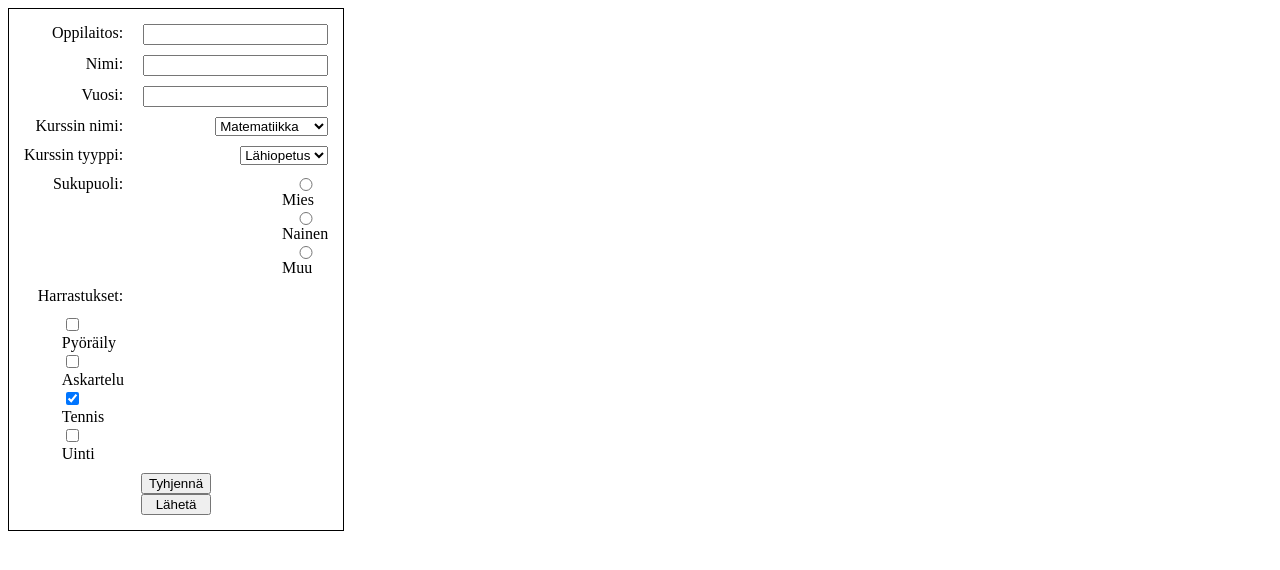
Repository: Niina-Maria/tehtavat-12-17-Niina-Maria2
Page: teht16.html
An editor plug-in stored every save of this project. The page is shown before and after the next save, followed by the edit.
The browser window is 1280 px wide. The pictures show the whole page.

Above is the page before, as saved 2024-11-20 13:38:52.

### teht16.html
<!DOCTYPE html>
<html>
    <head>
        <link rel="stylesheet" href="teht16.css">
    </head>
    <body>
        <div class="grid-container">
            <div class="taulukko">
                <div class="a a1">Oppilaitos:</div>
                <div class="a a2"><input type="text" id="school" name="school"></div>
                <div class="a a3">Nimi:</div>
                <div class="a a4"><input type="text" id="name" name="name"></div>
                <div class="a a5">Vuosi:</div>
                <div class="a a6"><input type="password" id="year" name="year"></div>
                <div class="a a7">Kurssin nimi:</div>
                <div class="a a8">
                    <select class="course" name="course" size="1">
                    <option value="matematiikka">Matematiikka</option>
                    <option value="fysiikka">Fysiikka</option>
                    <option value="kemia">Kemia</option>
                    <option value="tietorakenteet">Tietorakenteet</option>
                    <option value="webohjelmointi">Webohjelmointi</option>
                    </select>
                </div>
                <div class="a a9">Kurssin tyyppi:</div>
                <div class="a a10">
                    <select class="type" name="type" size="1">
                        <option value="lähiopetus">Lähiopetus</option>
                        <option value="etäopetus">Etäopetus</option>
                        <option value="hybridi">Hybridi</option>
                        <option value="monimuoto">Monimuoto</option>
                        <option value="avoinamk">AvoinAMK</option>
                    </select>
                </div>
                <div class="a a11">Sukupuoli:</div>
                <div class="a a12">
                    <input type="radio" id="male" name="gender" value="male">
                    <label class="sukup"for="male">Mies</label>
                    <input type="radio" id="female" name="gender" value="female">
                    <label class="sukup"for="female">Nainen</label>
                    <input type="radio" id="other" name="gender" value="other">
                    <label class="sukup"for="other">Muu</label>
                </div>
                <div class="a a13">Harrastukset:</div>
                <div class="a a14" >
                    <input type="checkbox" id="hobbiesbike" name="hobbiesbike">
                        <label for="hobbiesbike"> Pyöräily</label>
                        <input type="checkbox" id="hobbiesaskartelu" name="hobbiesaskartelu">
                        <label for="hobbiesaskartelu"> Askartelu</label>
                        <input type="checkbox" id="hobbiestennis" name="hobbiestennis" checked="checked">
                        <label for="hobbiestennis"> Tennis</label>
                        <input type="checkbox" id="hobbiesuinti" name="hobbiesuinti">
                        <label for="hobbiesuinti"> Uinti</label>
                </div>
                <div class="a a15">
                    <input type="reset" id="napit" value="Tyhjennä">
                    <input type="submit"id="napit2" value="Lähetä">
                </div>

            </div>
        </div>
    </body>

### teht16.css
.grid-container {
    display: grid;
    justify-content: center;
    border: 1px solid black;
    width: fit-content;
    grid-column: 1 /span 2;
}


.taulukko {
    display: grid;
    grid-template-columns: 2;
    width: fit-content;
    margin: 5px;
    padding: 5px;
    border-radius: 1px solid black;
}

.taulukko div {
    display: grid;
    grid-column: span 2;
    padding: 5px;
    justify-content: right;
    border-radius: 1 px solid black;

}

.taulukko .a1 {
    grid-column: span 1;
    border: 1 px solid black;
    justify-content: right;
}

.taulukko .a2 {
    grid-column: span 1;
    justify-content: right;
    margin-left: 10px;
    border: 1 px solid black;
}

.taulukko .a3 {
    grid-column: span 1;
    border: 1 px solid black;
}

.taulukko .a4 {
    grid-column: span 1;
    justify-content: right;
    margin-left: 10px;
    border: 1 px solid black;
}


.taulukko .a5 {
    grid-column: span 1;
    border: 1 px solid black;
    justify-content: right;
}

.taulukko .a6 {
    grid-column: span 1;
    justify-content: right;
    margin-left: 10px;
    border: 1 px solid black;
}

.taulukko .a7 {
    grid-column: span 1;
    border: 1 px solid black;
    justify-content: right;
}

.taulukko .a8 {
    grid-column: span 1;
    justify-content: right;
    margin-left: 10px;
    border: 1 px solid black;
}

.taulukko .a9 {
    grid-column: span 1;
    border: 1 px solid black;
    justify-content: right;
}

.taulukko .a10 {
    grid-column: span 1;
    justify-content: right;
    margin-left: 10px;
    border: 1 px solid black;
}

.taulukko .a11 {
    grid-column: span 1;
    border: 1 px solid black;
    justify-content: right;
}

.taulukko .a12 {
    grid-column: span 1;
    justify-content: right;
    border: 1 px solid black;
}

.taulukko .a13 {
    grid-column: span 1;
    border: 1 px solid black;
}

.taulukko .a14 {
    grid-column: span 2;
    width: 100px;
    justify-items: left;
    border: 1 px solid black;
}

.taulukko .a15 {
    grid-column: span 2;
    line-height: 40px;
    justify-content: center;
    border: 1 px solid black;
}

After the next save:
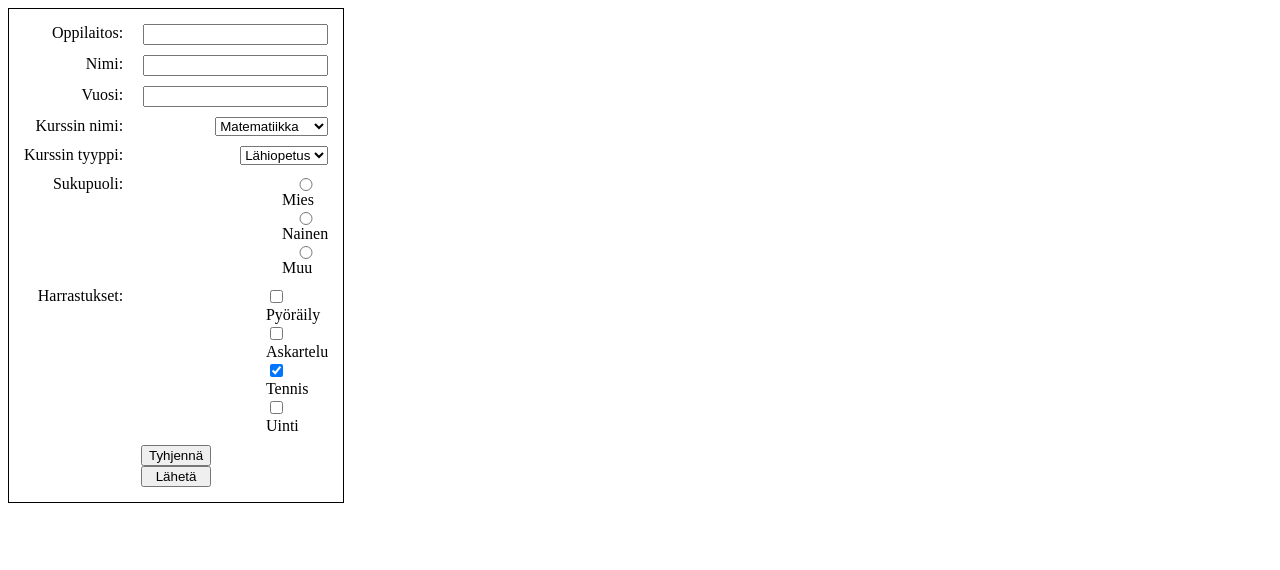
Saved 27 s later.
--- a/teht16.css
+++ b/teht16.css
@@ -108,8 +108,7 @@
 }
 
 .taulukko .a14 {
-    grid-column: span 2;
-    width: 100px;
+    grid-column: span 1;
     justify-items: left;
     border: 1 px solid black;
 }
